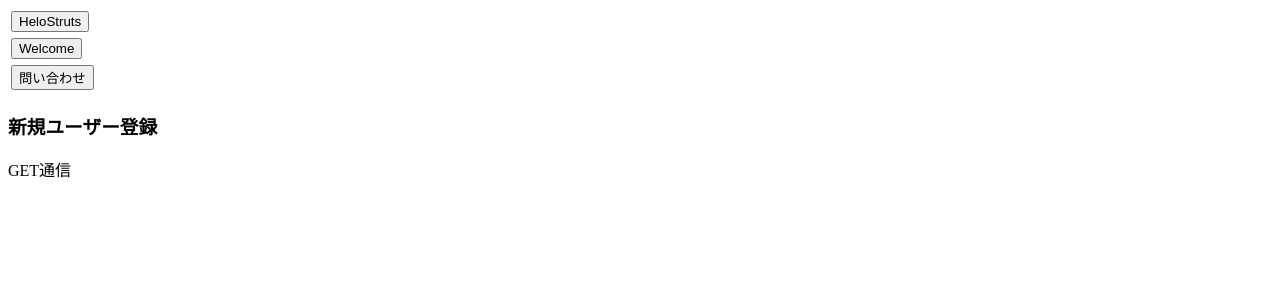
Repository: yosshy1228/WebProj
Page: http://localhost/WebProj2/
An editor plug-in stored every save of this project. The page is shown before and after the next save, followed by the edit.
The browser window is 1280 px wide. The pictures show the whole page.
The page is served by Tomcat 9. Other server files are loaded and not shown.

Above is the page before, as saved 2019-12-11 11:02:55.

### WebProj2/WebContent/index.jsp
<%@ page language="java" contentType="text/html; charesat=UTF-8" pageEncoding="UTF-8"%>
<%@ taglib prefix="s" uri="/struts-tags" %>
<!DOCTYPE html>
<html>
<head>
<meta charset="utf-8">
<title>INDEX</title>
</head>
<body>
   <s:form action="HelloStrutsAction">
	<s:submit value="HeloStruts"/>
   </s:form>
   <s:form action="WelcomeAction">
	<s:submit value="Welcome"/>
   </s:form>
   <s:form action="InquiryAction">
   	<s:submit value="問い合わせ"/>
   </s:form>

   <h3>新規ユーザー登録</h3>
   GET通信
   <s:form method="get" action="TestAction">
   <s;textfield name="username"/>
   <s;password name="password"/>
   <s;submit value="送信"/>
   </s:form>

</body>
</html>

After the next save:
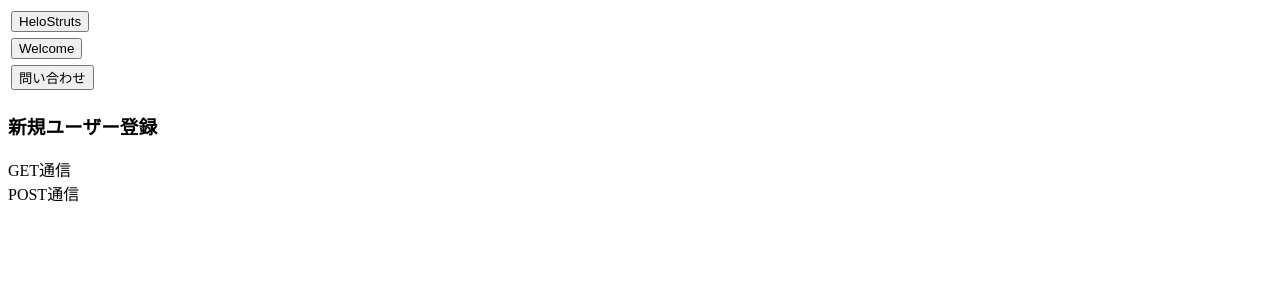
Saved 65 s later.
--- a/WebProj2/WebContent/index.jsp
+++ b/WebProj2/WebContent/index.jsp
@@ -24,6 +24,11 @@
    <s;password name="password"/>
    <s;submit value="送信"/>
    </s:form>
-
+   POST通信
+   <s:form method="post" action="TestAction">
+   <s;textfield name="username"/>
+   <s;password name="password"/>
+   <s;submit value="送信"/>
+   </s:form>
 </body>
 </html>
